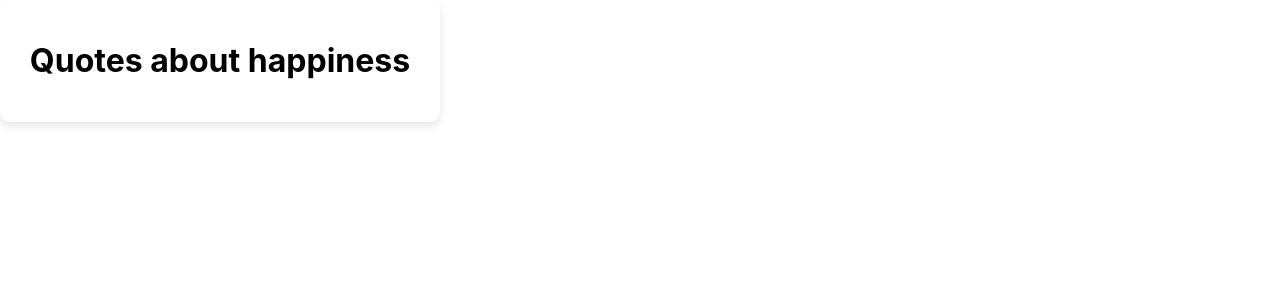
Repository: Bhavik-Sanghar/Quote-app
Page: /
These files come from the project's save history. The page is drawn as it stood at one moment and after a run of saves; the edit follows.
The browser window is 1280 px wide. The pictures show the whole page.
The page's requests for data from a server got no answer. The project was rebuilt for these pictures with package versions that can differ from the ones it lists, and the page was loaded fresh each time. No one was signed in, and anything a server would have sent is missing. Imported but missing from the stored project, and not drawn on this page: src/components/QuoteDisplay.

Above is the page before, as saved 2023-08-18 10:37:30.

### src/App.js
import React from 'react';
import './styles.css';
import QuoteDisplay from './components/QuoteDisplay';
import QuoteComponent from './components/NewQuote'

function App() {
  return (
    <div className="App">
      {/* <h1>Beautiful Quotes</h1>
      <QuoteDisplay /> */}
      <QuoteComponent/>


    </div>
  );
}

export default App;

### src/styles.css
/* styles.css */

.quote-display {
  display: flex;
  align-items: center;
  justify-content: center;
  height: 100vh;
  background-color: #f0f0f0;
}

.quote-container {
  background-color: white;
  padding: 20px;
  border-radius: 10px;
  box-shadow: 0px 4px 8px rgba(0, 0, 0, 0.1);
  text-align: center;
  max-width: 400px;
  width: 100%;
}

.quote-text {
  font-size: 24px;
  font-weight: bold;
  margin-bottom: 10px;
}

.quote-author {
  font-size: 18px;
  color: #777;
}

.quote-image {
  max-width: 100%;
  height: auto;
  margin-bottom: 10px;
}

### src/components/NewQuote.js
import React, { useEffect, useState } from "react";
import axios from "axios";

const QuoteComponent = () => {
  const [quotes, setQuotes] = useState([]);
  const category = "happiness";
  const apiKey = "EgtS4gqLsbjvHM2bBjKwBA==PYmsGLFQFXQzq0Na";

  useEffect(() => {
    fetchQuotes();
  }, []);

  const fetchQuotes = async () => {
    try {
      const response = await axios.get(
        `https://api.api-ninjas.com/v1/quotes?category=${category}&limit=5`, // Fetching 5 quotes
        {
          headers: { "X-Api-Key": apiKey },
        }
      );
      setQuotes(response.data.quotes);
    } catch (error) {
      console.error("Error: ", error);
    }
  };

  return (
    <div className="quote-container">
      <h1>Quotes about {category}</h1>
      <div className="card-container">
        {quotes.map((quote, index) => (
          <div key={index} className="card">
            <p className="quote-text">{quote.quote}</p>
            <p className="author">- {quote.author}</p>
          </div>
        ))}
      </div>
    </div>
  );
};

export default QuoteComponent;

Loaded but not shown: public/index.html (common file); src/index.js (common file); src/index.css (common file); src/reportWebVitals.js (common file)

After the next 2 saves:
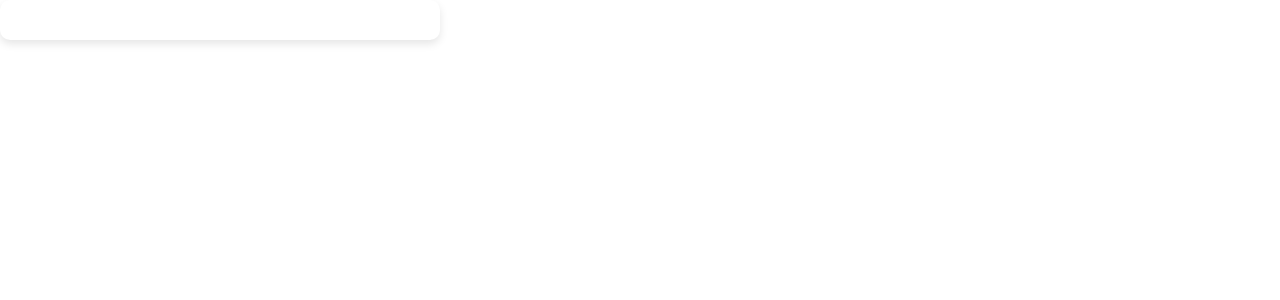
The 2 saves are shown as one change because 1 did not build or start.
The last was saved 2 min 5 s later.
--- a/src/components/NewQuote.js
+++ b/src/components/NewQuote.js
@@ -18,6 +18,7 @@
           headers: { "X-Api-Key": apiKey },
         }
       );
+      console.log(response)
       setQuotes(response.data.quotes);
     } catch (error) {
       console.error("Error: ", error);
@@ -26,7 +27,7 @@
 
   return (
     <div className="quote-container">
-      <h1>Quotes about {category}</h1>
+      {/* <h1>Quotes about {category}</h1>
       <div className="card-container">
         {quotes.map((quote, index) => (
           <div key={index} className="card">
@@ -34,7 +35,7 @@
             <p className="author">- {quote.author}</p>
           </div>
         ))}
-      </div>
+      </div> */}
     </div>
   );
 };

After the 2 saves that followed:
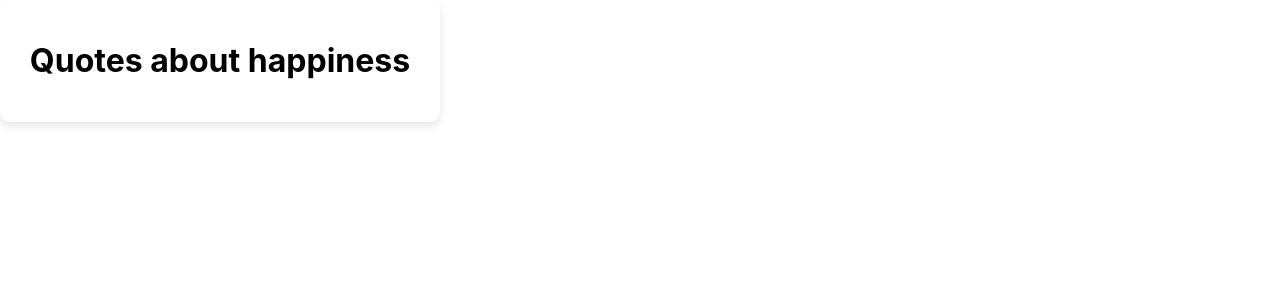
The 2 saves are shown as one change because 1 left the picture as it was.
The last was saved 82 s later.
--- a/src/components/NewQuote.js
+++ b/src/components/NewQuote.js
@@ -19,7 +19,7 @@
         }
       );
       console.log(response)
-      setQuotes(response.data.quotes);
+      setQuotes(response.data);
     } catch (error) {
       console.error("Error: ", error);
     }
@@ -27,7 +27,7 @@
 
   return (
     <div className="quote-container">
-      {/* <h1>Quotes about {category}</h1>
+      <h1>Quotes about {category}</h1>
       <div className="card-container">
         {quotes.map((quote, index) => (
           <div key={index} className="card">
@@ -35,7 +35,7 @@
             <p className="author">- {quote.author}</p>
           </div>
         ))}
-      </div> */}
+      </div>
     </div>
   );
 };
